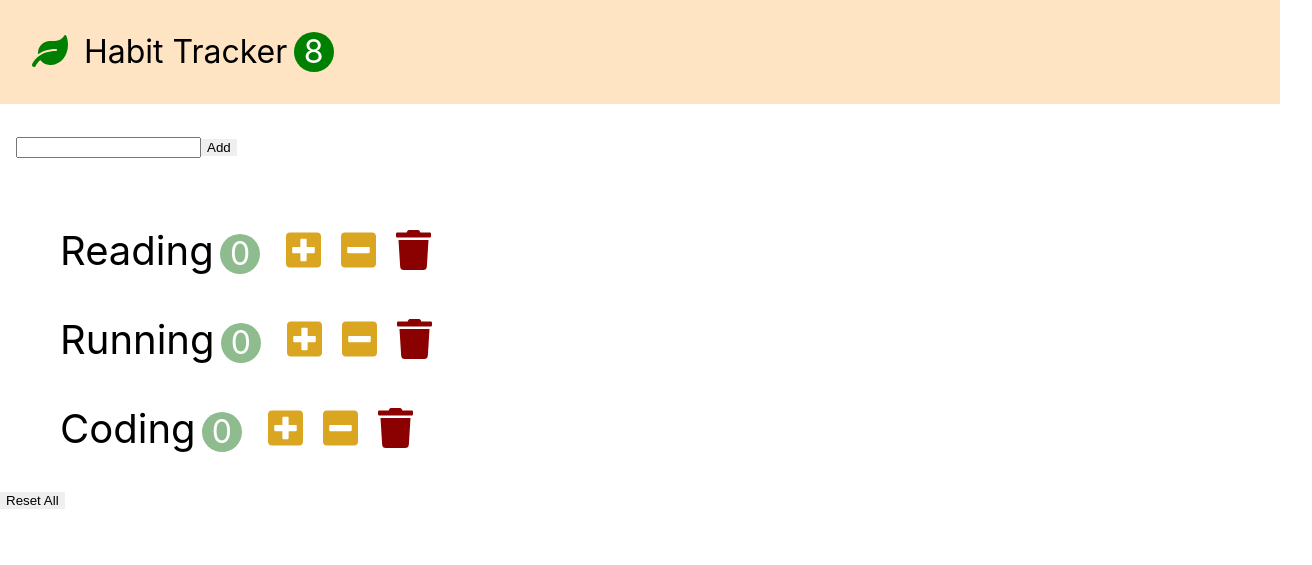
Repository: keehoonjung/react-habit-tracker
Page: / (app in react/habit-tracker/)
The author's editor kept a copy of each file at every save. The page is drawn from the files as they stood at one save, then again after a run of saves.
The browser window is 1280 px wide. The page is 1312 px wide, so the pictures cover 1312 px, including what lies to the right of the window. The pictures show the whole page.
The project was rebuilt for these pictures with package versions that can differ from the ones it lists, and the page was loaded fresh each time.

Above is the page before, as saved 2021-08-30 18:33:00.

After the next 2 saves:
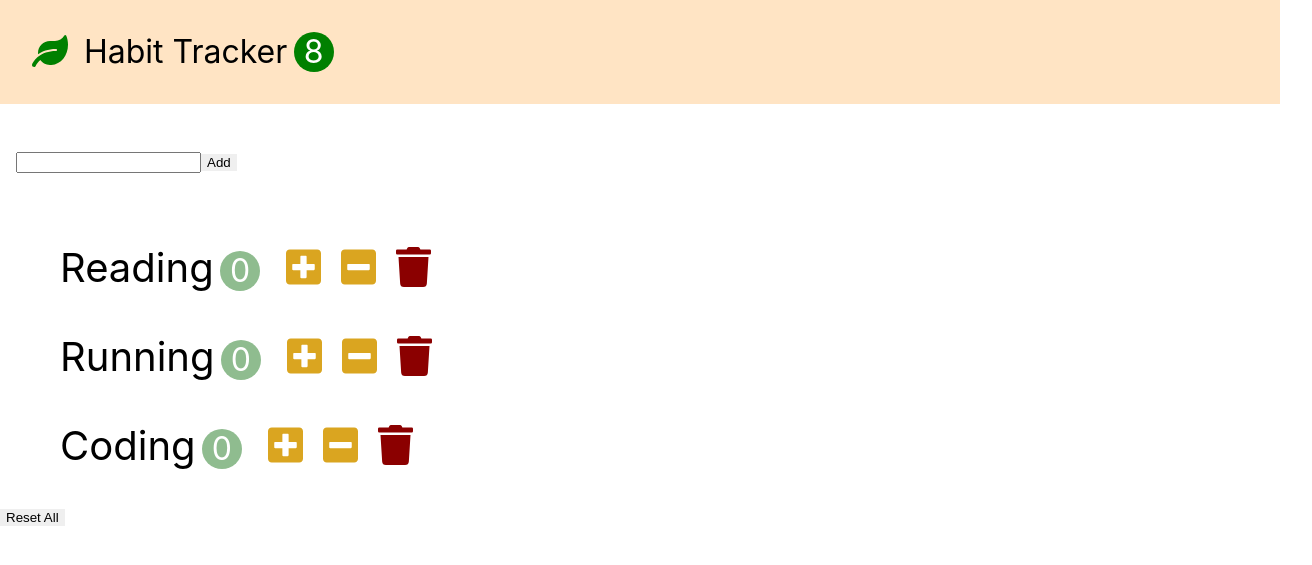
The 2 saves are shown as one change because they came seconds apart.
The last was saved 9 s later.
--- a/react/habit-tracker/src/app.css
+++ b/react/habit-tracker/src/app.css
@@ -31,6 +31,7 @@
 
 .input-container {
   width: 100%;
+  font-size: 2rem;
   padding: 2rem 1rem;
 }
 

After the save that followed:
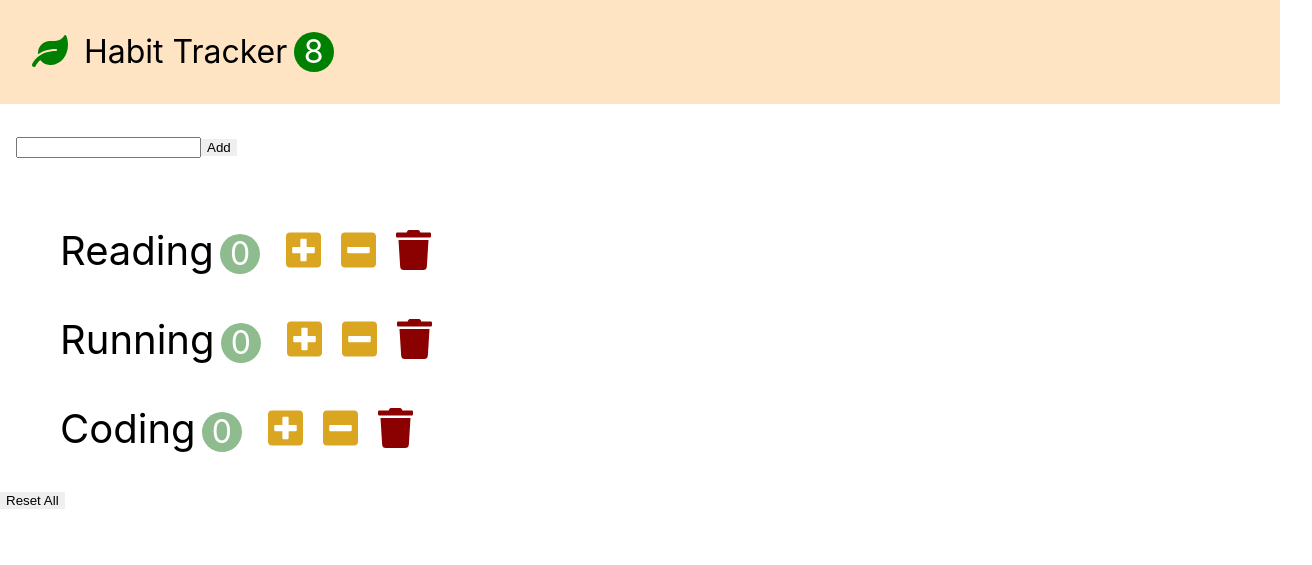
Saved 8 s later.
--- a/react/habit-tracker/src/app.css
+++ b/react/habit-tracker/src/app.css
@@ -31,7 +31,6 @@
 
 .input-container {
   width: 100%;
-  font-size: 2rem;
   padding: 2rem 1rem;
 }
 
